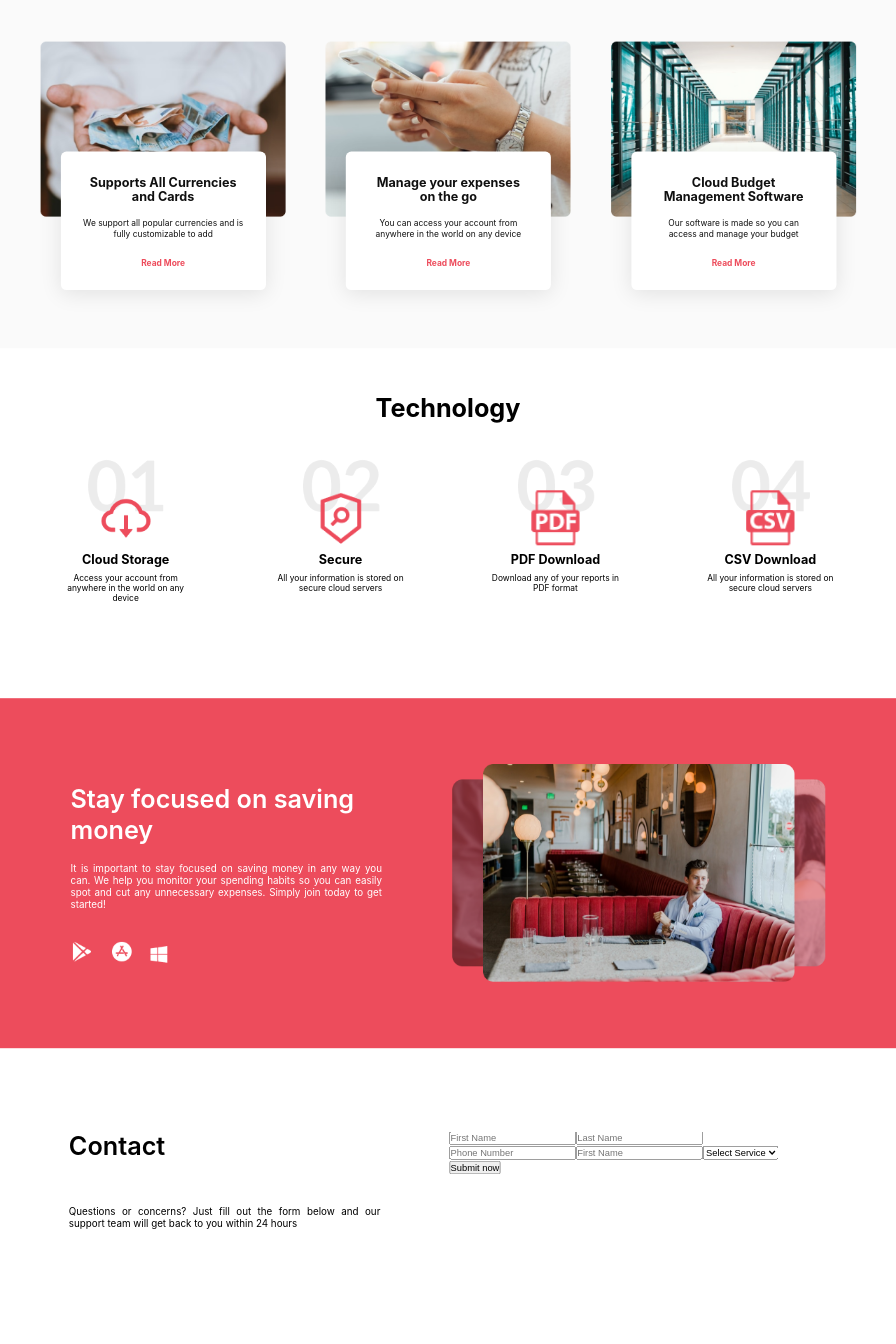
Repository: Ola-22/cloudBudget
Page: /
These files come from the project's save history. The page is drawn as it stood at one moment and after the next save; the edit follows.
The browser window is 1280 px wide. The pictures show the part of the page from y = 1478 to 3398 px (the page is 3398 px tall), at 70% of full size.
The project was rebuilt for these pictures with package versions that can differ from the ones it lists, and the page was loaded fresh each time.

Above is the page before, as saved 2021-09-14 11:16:04.

After the next save:
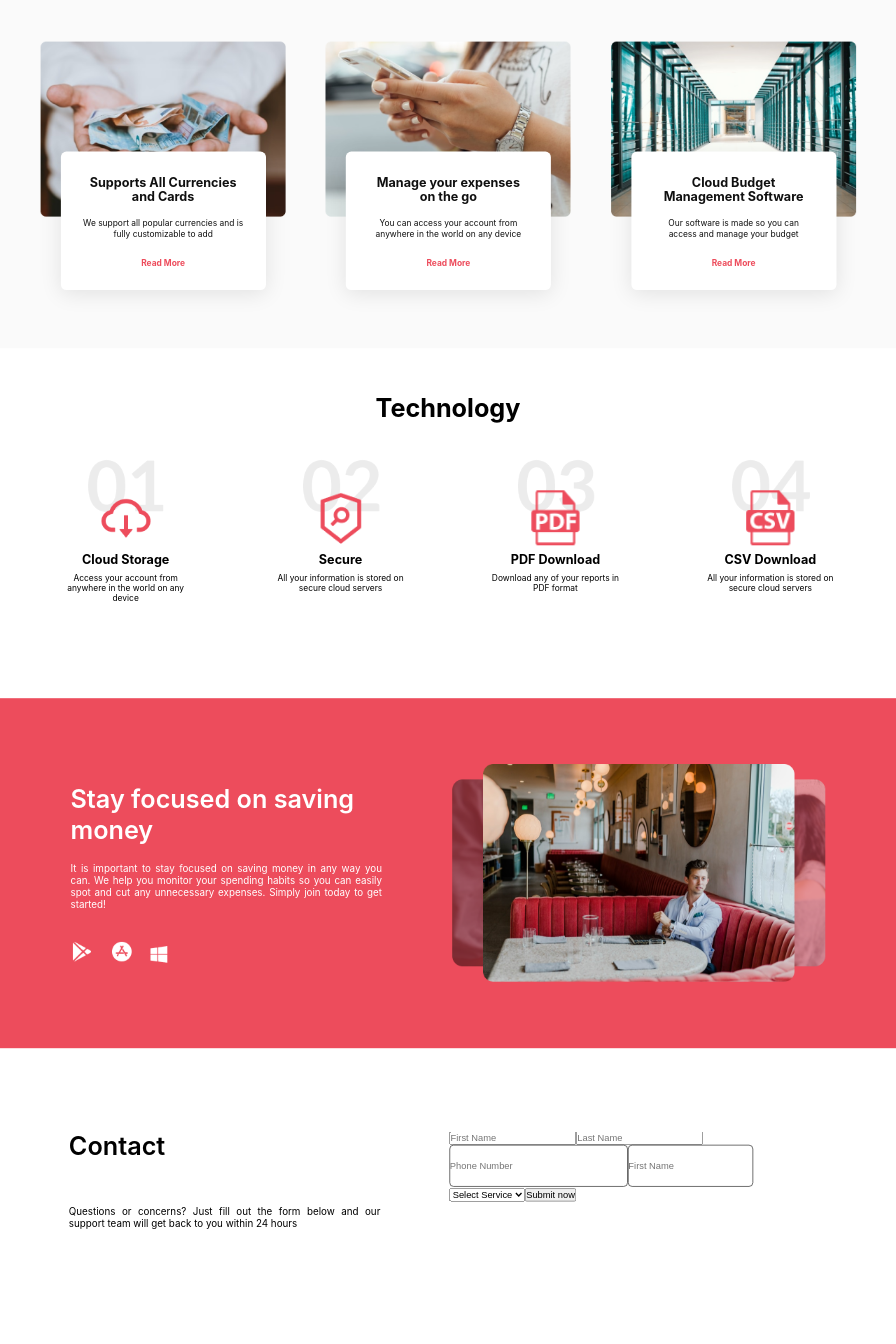
Saved 2 min 11 s later.
--- a/src/Components/Contact/style.scss
+++ b/src/Components/Contact/style.scss
@@ -19,5 +19,14 @@
   &>div:last-of-type{
     width: 540px;
     height: 305px;
+
+    & > input{
+      border: 1px solid #333333;
+      border-radius: 6px;
+      height: 60px;
+      &:not(:last-of-type){
+        width: 255px;
+      }
+    }
   }
 }
